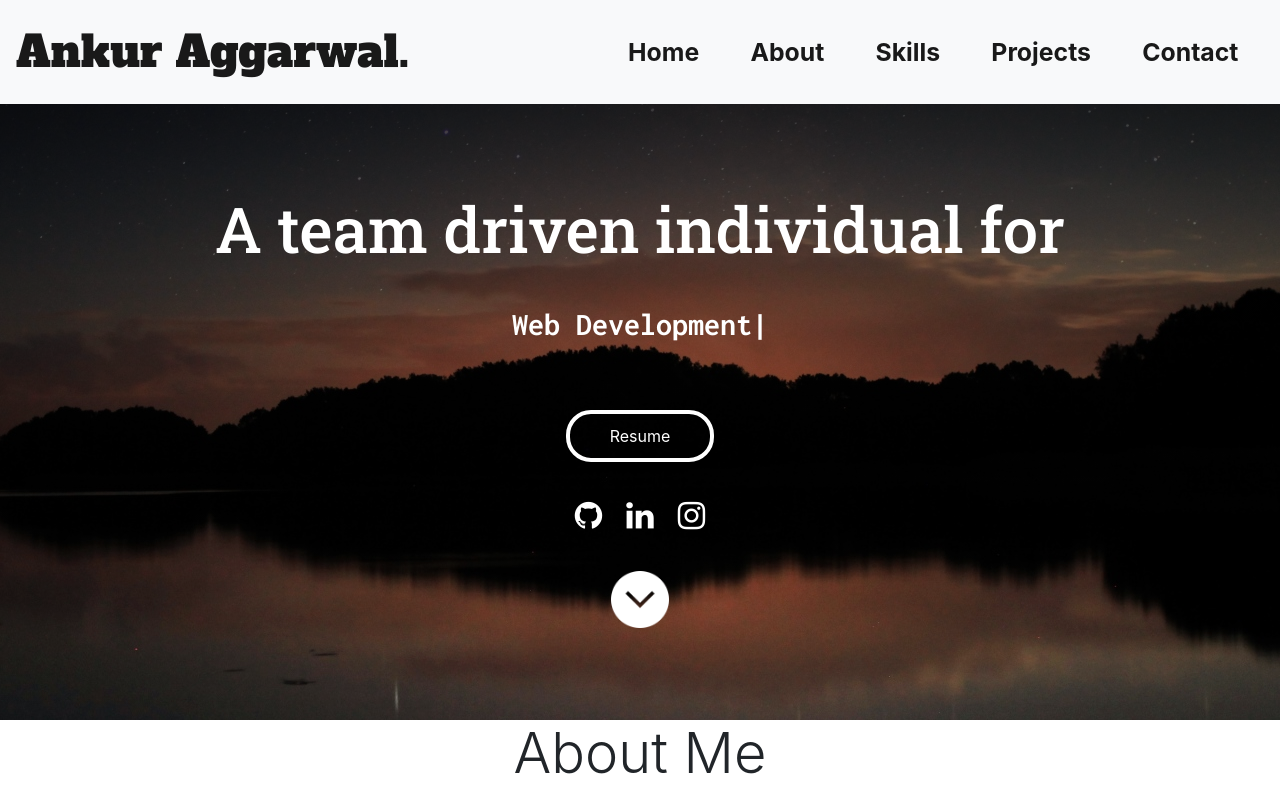
Repository: AnkurDevv/PersonalWebsite
Page: index.html
An editor plug-in stored every save of this project. The page is shown before and after the next save, followed by the edit.
The browser window is 1280 px wide. The pictures show the whole page.
Backgrounds fixed to the window are drawn as part of the page. Some web fonts or font styles are not loaded; a fallback is used.

Above is the page before, as saved 2020-09-14 15:54:21.

After the next save:
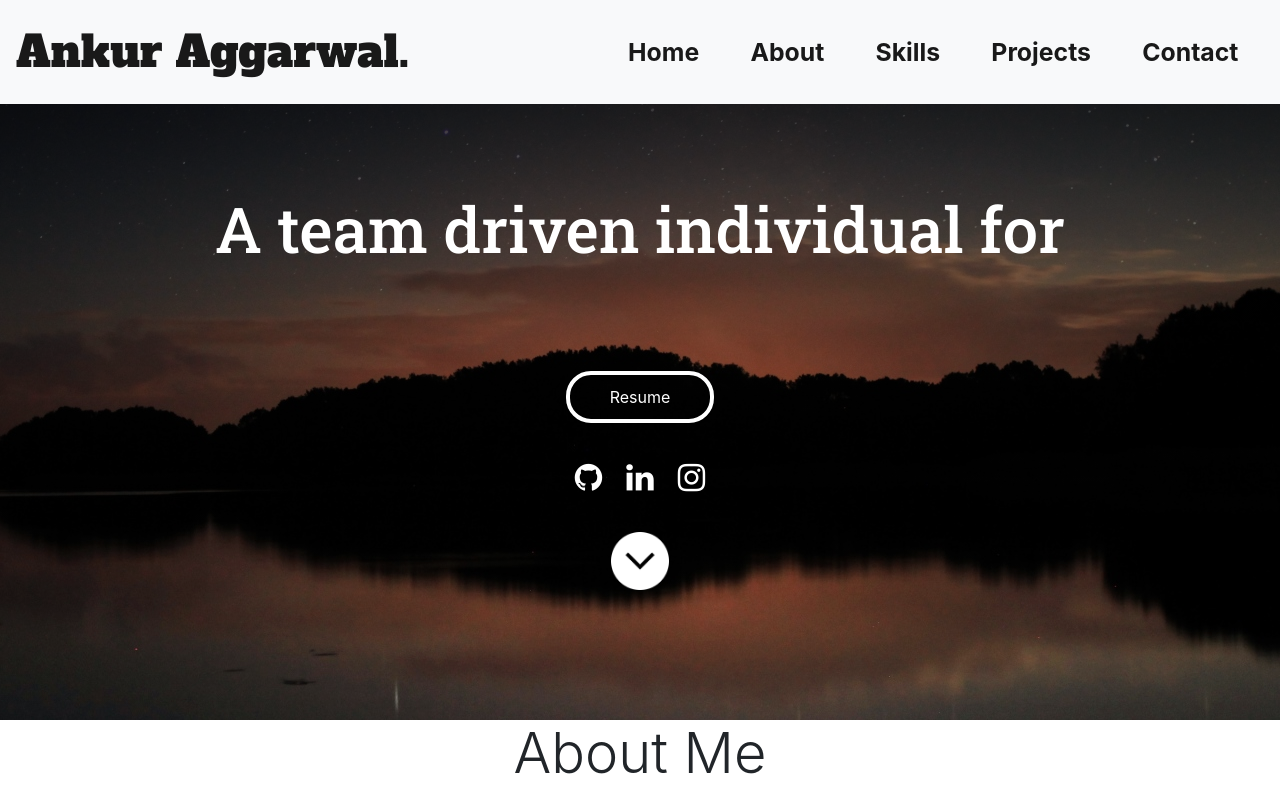
Console error: SyntaxError: Unexpected token '<'
Saved 38 s later.
--- a/index.html
+++ b/index.html
@@ -133,7 +133,13 @@
       startDelay: 3000,
     };
     var typed = new Typed('#typed', options);
-// JS FOR COOL TYPING EFFECT USING TYPE.JS -  END
+    // JS FOR COOL TYPING EFFECT USING TYPE.JS -  END
+
+    <script src="https://unpkg.com/aos@next/dist/aos.js"></script>
+  <script>
+     AOS.init();
+  </script>
+
   </script>
 
   <!-- NECESSARY JS FOR BOOTSTRAP - START -->

After the save that followed:
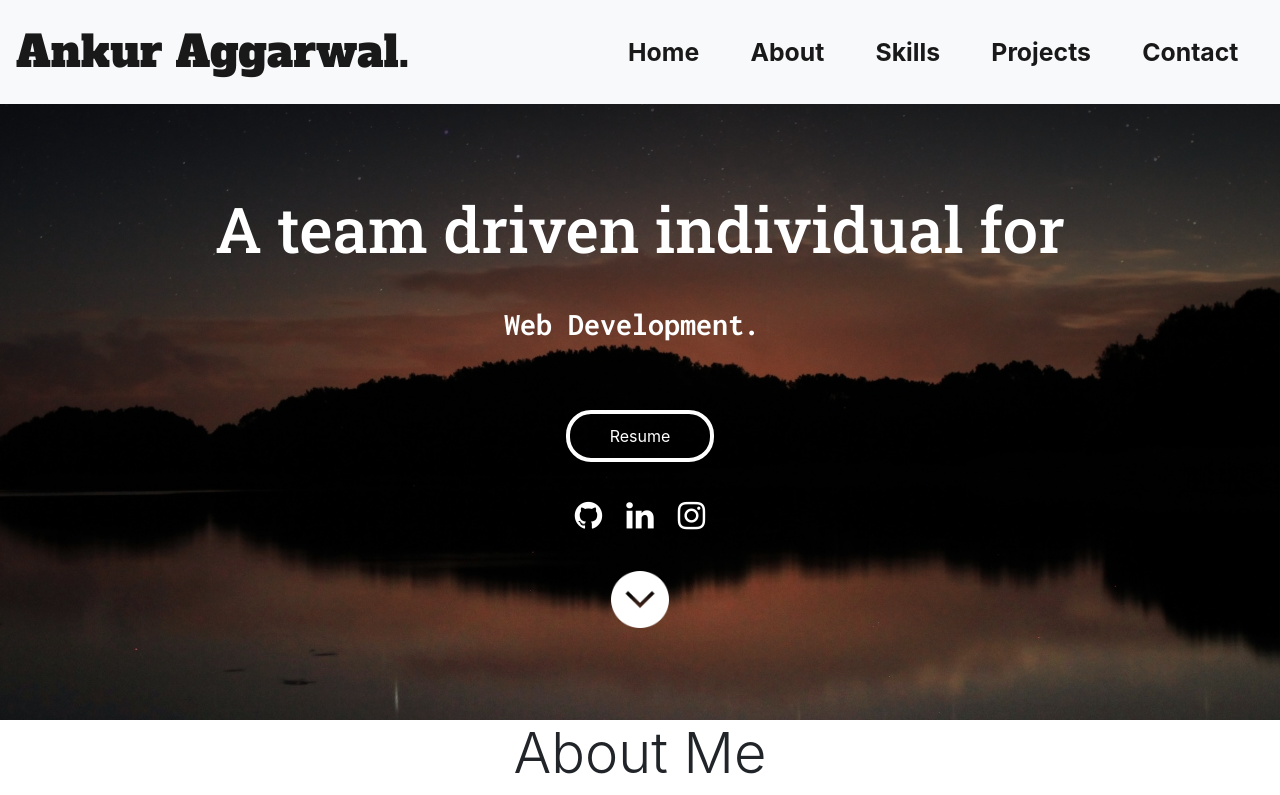
The error is gone.
Saved 18 s later.
--- a/index.html
+++ b/index.html
@@ -133,13 +133,12 @@
       startDelay: 3000,
     };
     var typed = new Typed('#typed', options);
-    // JS FOR COOL TYPING EFFECT USING TYPE.JS -  END
-
-    <script src="https://unpkg.com/aos@next/dist/aos.js"></script>
-  <script>
-     AOS.init();
+   // JS FOR COOL TYPING EFFECT USING TYPE.JS -  END
   </script>
 
+  <script src="https://unpkg.com/aos@next/dist/aos.js"></script>
+  <script>
+    AOS.init();
   </script>
 
   <!-- NECESSARY JS FOR BOOTSTRAP - START -->
